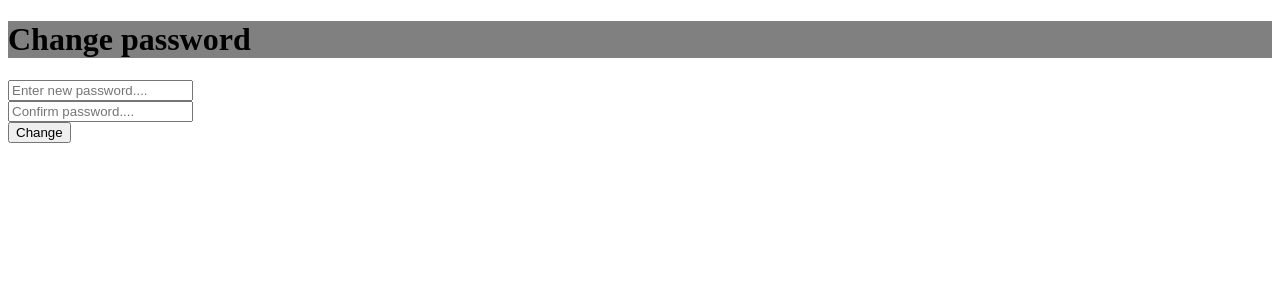
Repository: abhinavk718/servlet-project
Page: empwebapp/WebContent/changepassword.html
An editor plug-in stored every save of this project. The page is shown before and after the next save, followed by the edit.
The browser window is 1280 px wide. The pictures show the whole page.

Above is the page before, as saved 2019-11-15 08:29:26.

### empwebapp/WebContent/changepassword.html
<!DOCTYPE html>
<html>
<head>
<meta charset="ISO-8859-1">
<title>Change password here</title>
</head>
<body>
<form action="" class="col-md-4 offset-4 mt-5 mb-5 card card-body">
    <h1 class="text-center" style="background-color: gray;">Change password</h1>
    <div class="formgroup">
        <input type="text" name="newpassword"class="form-control mb-1" placeholder="Enter new password....">
    </div>
    <div class="formgroup">
        <input type="text" name="confirmpassword"class="form-control mb-1" placeholder="Confirm password....">
    </div>
    <div class="formgroup">
        <button type="submit" class="btn btn-primary float-right mb-1" >Change</button>
    </div>
</form>
</body>
</html>

After the next save:
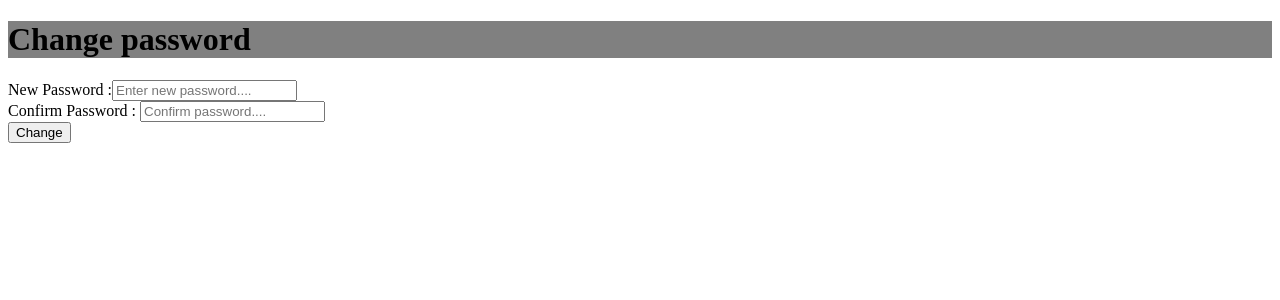
Saved 2 min 4 s later.
--- a/empwebapp/WebContent/changepassword.html
+++ b/empwebapp/WebContent/changepassword.html
@@ -8,10 +8,10 @@
 <form action="" class="col-md-4 offset-4 mt-5 mb-5 card card-body">
     <h1 class="text-center" style="background-color: gray;">Change password</h1>
     <div class="formgroup">
-        <input type="text" name="newpassword"class="form-control mb-1" placeholder="Enter new password....">
+        New Password :<input type="text" name="newpassword"class="form-control mb-1" placeholder="Enter new password....">
     </div>
     <div class="formgroup">
-        <input type="text" name="confirmpassword"class="form-control mb-1" placeholder="Confirm password....">
+       Confirm Password : <input type="text" name="confirmpassword"class="form-control mb-1" placeholder="Confirm password....">
     </div>
     <div class="formgroup">
         <button type="submit" class="btn btn-primary float-right mb-1" >Change</button>
